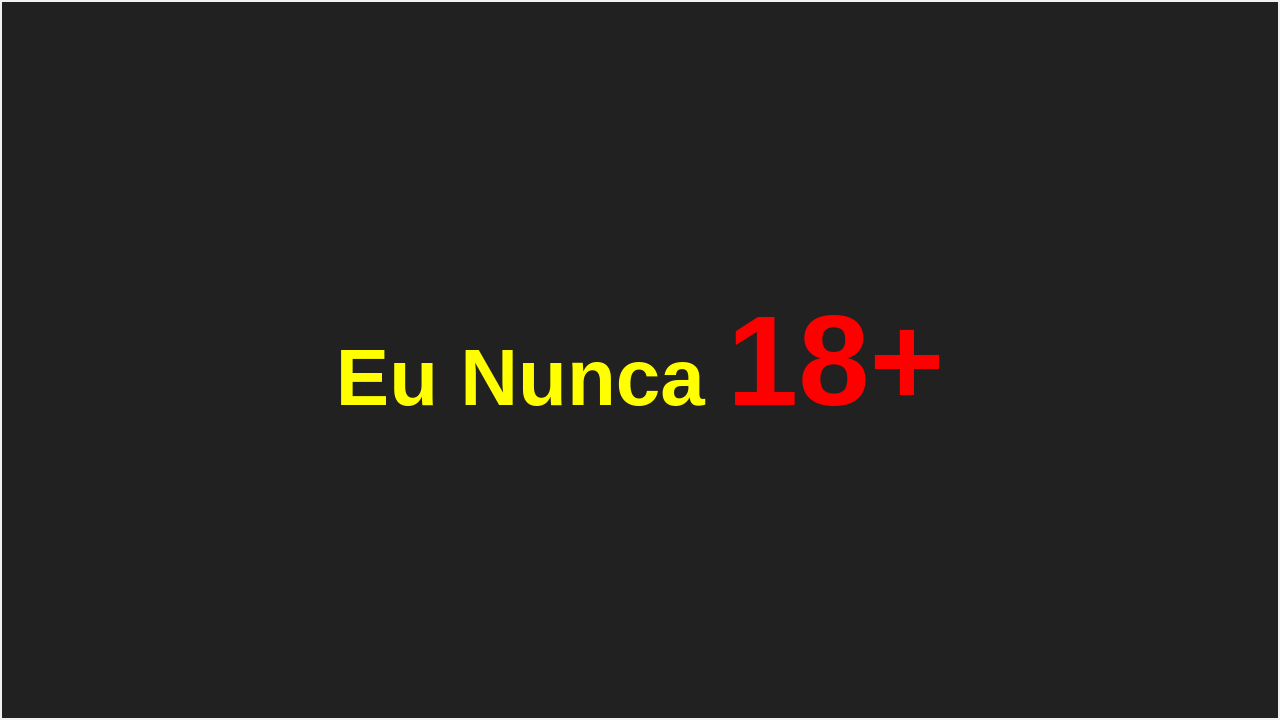
Repository: odiloalmeida/inever
Page: index.html
The author's editor kept a copy of each file at every save. The page is drawn from the files as they stood at one save, then again after the next save.
The browser window is 1280 px wide. The pictures show the whole page.

Above is the page before, as saved 2023-01-31 20:17:00.

### index.html
<!DOCTYPE html>
<html lang="en">
<head>
    <meta charset="UTF-8">
    <meta http-equiv="X-UA-Compatible" content="IE=edge">
    <meta name="viewport" content="width=device-width, initial-scale=1.0">
    <link rel="stylesheet" href="./style.css">
    <title>18+ I Never</title>

</head>

<body>
    <button id="myButton" onclick="changeButtonName()"><span>Eu Nunca </span> <span2>18+</span2></button>
</body>

<script>

    function changeButtonName() {
        var button = document.getElementById("myButton");

        var names = ["Beijei alguém dessa turma",
        "Senti atração por alguém dessa turma",
        "Tomei banho pelado na praia/piscina",
        "Fiquei com um professor",
        "Fiquei com um amigo e me arrependi",
        "Fiquei com um amigo e não disse pra ninguém",
        "Menti sobre ter ficado com uma pessoa",
        "Bebi tanto que beijei alguém que não queria",
        "Bebi tanto que esqueci tudo no outro dia",
        "Vi um nudes de alguém dessa turma",
        "Desejei o namorado/namorada de um amigo",
        "Fiquei com alguém por interesse",
        "Acelerei o ato sexual por que o oral estava ruim",
        "Bebi pra ter coragem de chegar numa pessoa",
        "Transei na escola/faculdade",
        "Transei no chão",
        "Fiz sexo oral enquanto a pessoa trabalhava",
        "Fiz sexo oral enquanto a pessoa dirigia",
        "Usei fantasias sexuais",
        "Usei plug anal",
        "Usei um vibrador",
        "Fiquei com alguém depois neguei pra todo mundo",
        "Disse pra uma pessoa que a amava sem amar",
        "Transei no carro",
        "Broxei no meio do ato sexual",
        "Desisti de ficar com uma pessoa por que ela estava fedendo",
        "Fui chupar e estava fedendo muito e desisti",
        "Me masturbei depois do ato sexual por que não conseguir “chegar lá” com o parceiro",
        "Fiquei com dois amigos ao mesmo tempo sem eles saberem",
        "Parei o ato sexual para ir fazer xixi",
        "Fiz a chuca",
        "Transei na rua",
        "Paguei por sexo",
        "Fiz sexo por dinheiro"

        ];

        var randomName = names[Math.floor(Math.random() * names.length)];
        button.innerHTML = randomName;
    }

</script>

</html>

### style.css
* {
    padding: 0;
    margin: 0;
    box-sizing: border-box;
}

body {
    width: 100vw;
    height: 100vh;
    background-color: #212121;
    display: flex;
    flex-direction: column;
    align-items: center;
    justify-content: center;
}

button {
    background-color: transparent;
    height: 100vh;
    width: 100vw;
    border: #f1f1f1 2px solid;
    color: #f1f1f1;
    font-weight: bold;
    font-size: 3rem;
    padding: 5px;
}

button span {
    color: yellow;
    font-size: 5rem;
}

button span2 {
    color: red;
    font-size: 8rem;
}

After the next save:
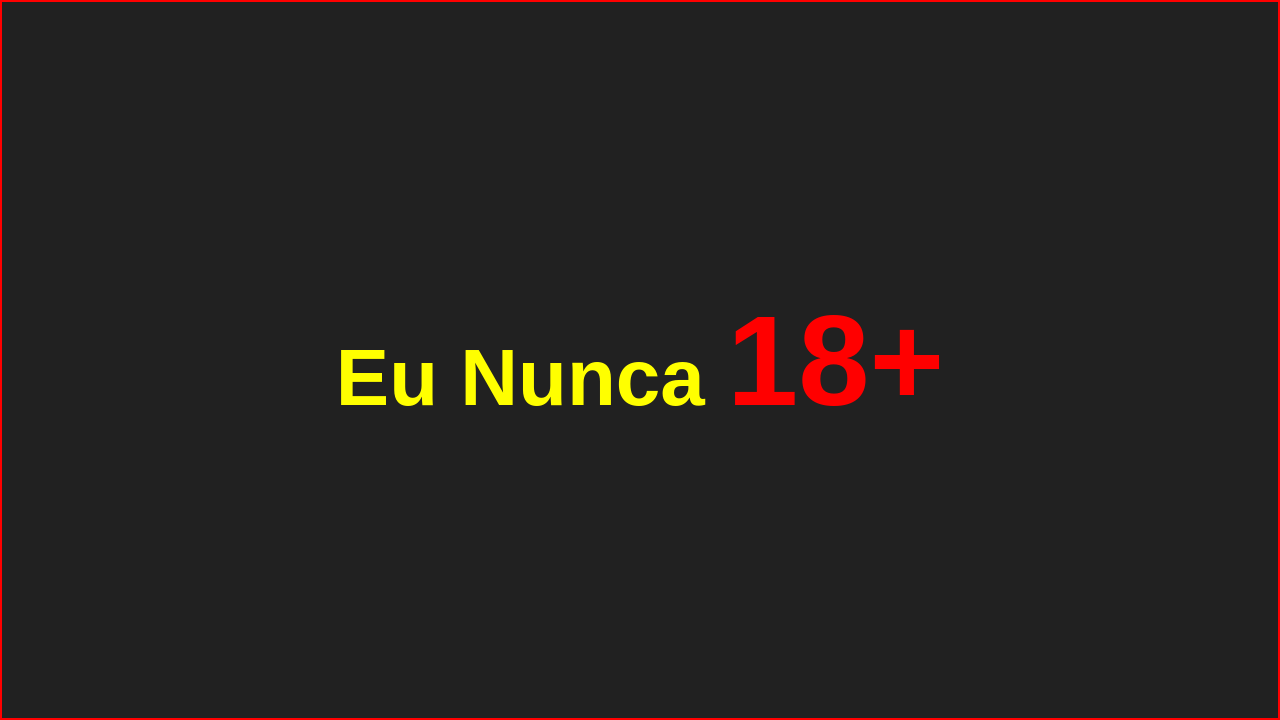
Saved 14 s later.
--- a/style.css
+++ b/style.css
@@ -18,7 +18,7 @@ button {
     background-color: transparent;
     height: 100vh;
     width: 100vw;
-    border: #f1f1f1 2px solid;
+    border: red 2px solid;
     color: #f1f1f1;
     font-weight: bold;
     font-size: 3rem;
